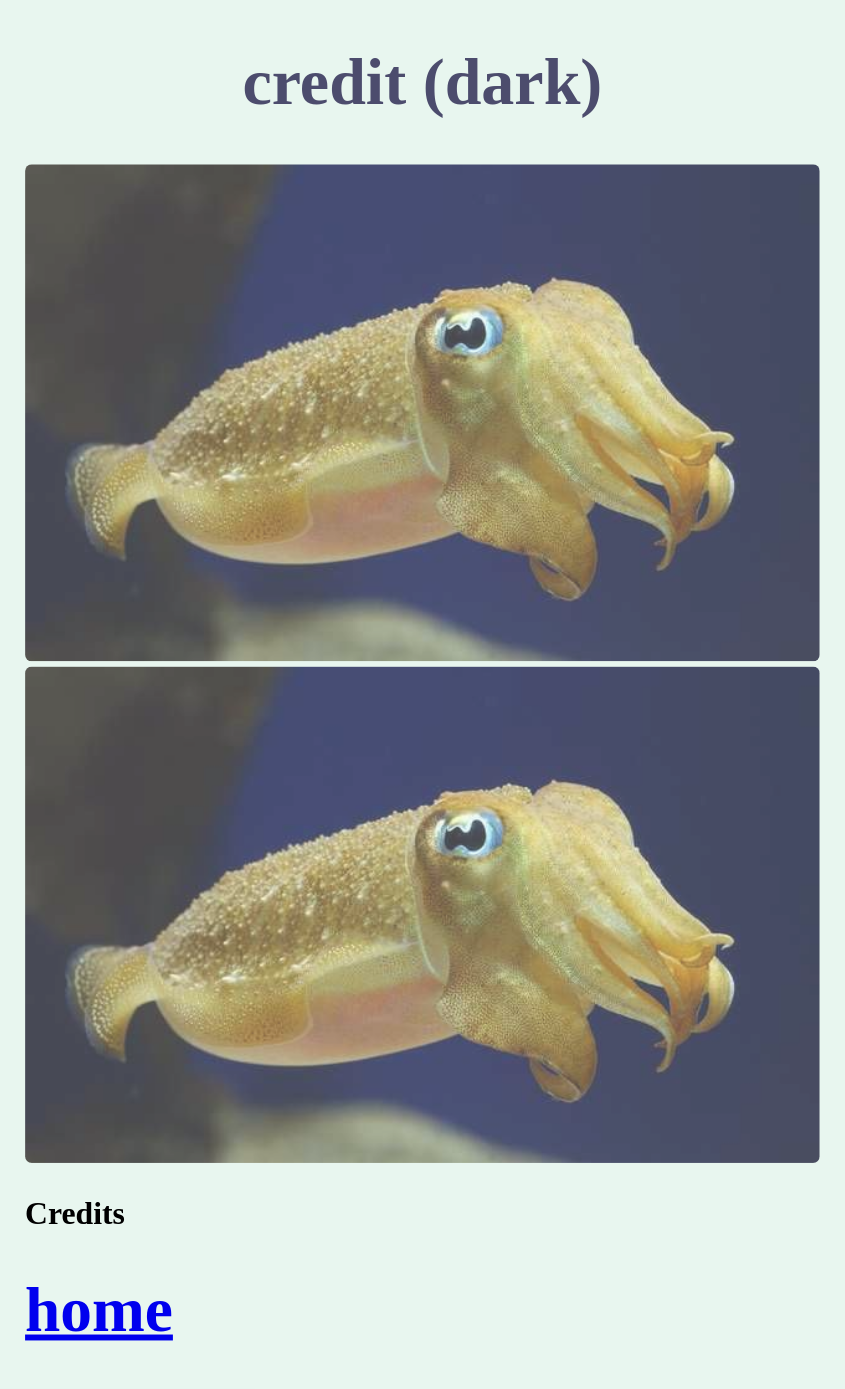
Repository: neomort/comm-lab-vid-site
Page: credits.html
These files come from the project's save history. The page is drawn as it stood at one moment and after the next save; the edit follows.
The browser window is 1280 px wide. The pictures show the whole page, at 66% of full size.

Above is the page before, as saved 2021-09-23 02:51:48.

After the next save:
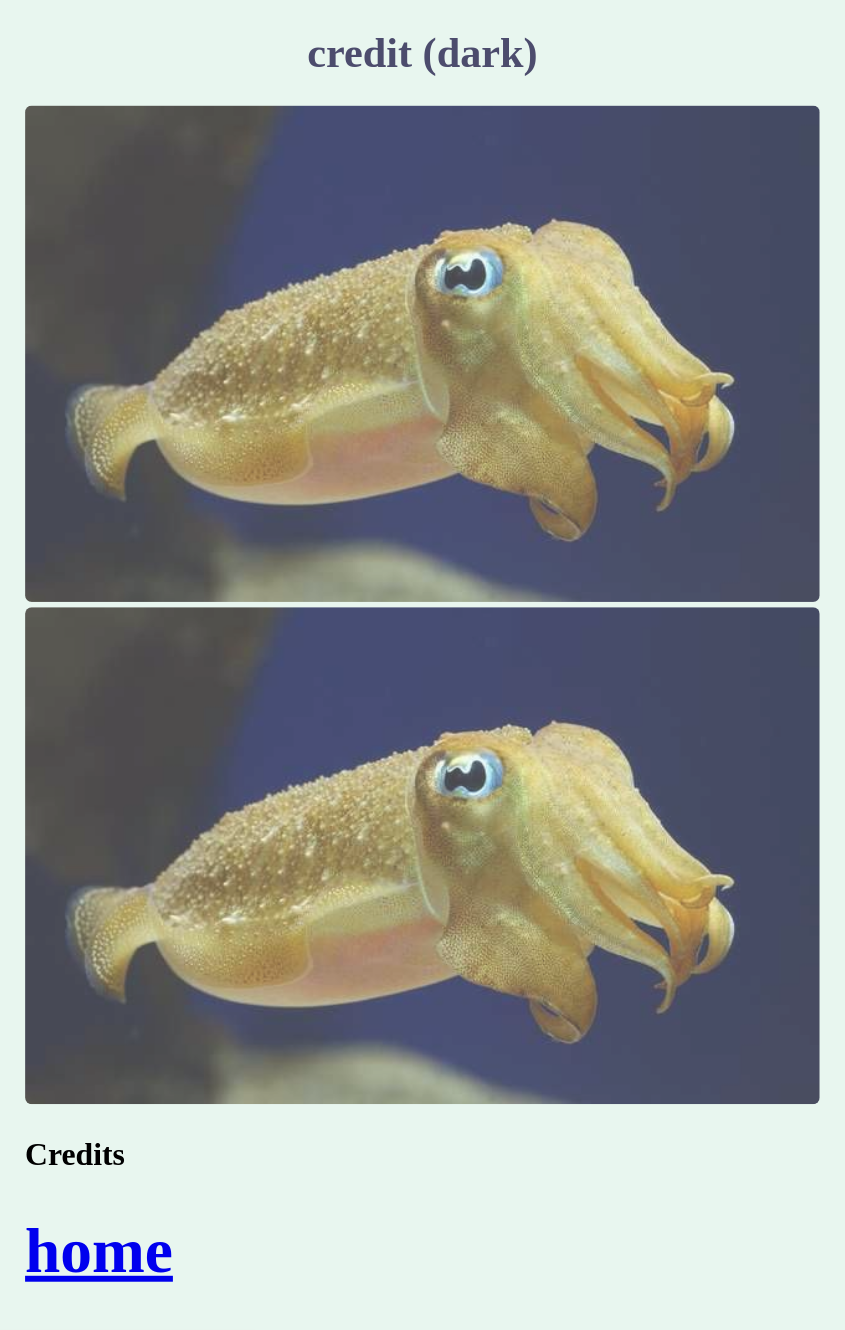
Saved 19 s later.
--- a/css/styles.css
+++ b/css/styles.css
@@ -102,7 +102,7 @@
 }
 
 .dark-header {
-  font-size: 100px;
+  font-size: 4em;
   position: relative;
   text-align: center;
 
